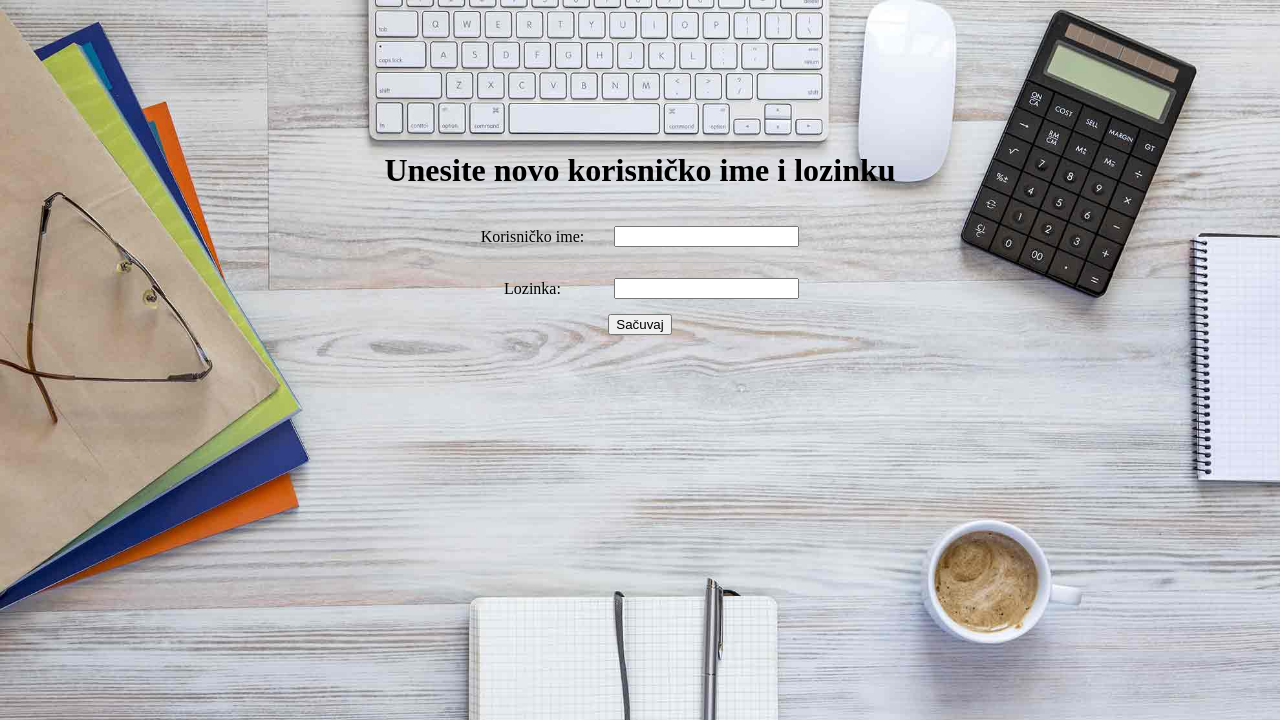
Repository: KristijanPetkovic/java-applet-video-library
Page: Projekti/www.videoteka.com/WebContent/noviKorisnik.html
These files come from the project's save history. The page is drawn as it stood at one moment and after the next save; the edit follows.
The browser window is 1280 px wide. The pictures show the whole page.

Above is the page before, as saved 2019-01-09 21:17:45.

### Projekti/www.videoteka.com/WebContent/noviKorisnik.html
<!DOCTYPE html>
<html>
	<head>
		<meta http-equiv="content-type" content="text/html; charset=utf-8">
		<title>Otvaranje naloga</title>
		<link rel="stylesheet" href="noviKorisnik.css" >
	</head>
	<body>
		<h1 id="naslov">Unesite novo korisničko ime i lozinku</h1>
		<form action="NoviKorisnikServlet" method="post">
			<table class="center" cellpadding="15px">
				<tr>
					<td>Korisničko ime: </td>
					<td> <input name="ime" type="text"> </td>
				</tr>
				<tr>
					<td>Lozinka: </td>
					<td> <input name="sifra" type="text"> </td>
				</tr>
			</table>
			<input name="sačuvaj" type="submit" value="Sačuvaj">
		</form>
	</body>
</html>

### Projekti/www.videoteka.com/WebContent/noviKorisnik.css
#naslov{
    margin-top:12%;
    }
table.center {
    margin-left:auto;
    margin-right:auto;
    cellpadding:15px;
  }
body {
  background: url(poz.jpg);
  background-repeat:no-repeat;
  background-size:cover;
  text-align:center;
  }
table{
	border-color: rgb(0,0,0);

	border-collapse: collapse;
}
th{
	color: rgb(255, 255, 255);
	background: rgb(0, 0, 0);
	collspan: 2;
}
td{
	border-top: 1pt solid silver;
	padding: 10;
}
ttr:nth-child(odd){
	background: rgb(255, 255, 255);
}
tr:hover{
	background: rgb(96, 158, 255);
}
input:focus{
	background-color: rgb(255, 255, 179);
	border-color: rgb(186, 186, 186);
}

.color-change {
  border-radius: 5px;
  font-size: 20px;
  padding: 5px 15px;
  cursor: pointer;
  color: #fff;
  background-color: rgb(96, 158, 255);
  font-size: 1rem;
  font-family: 'Roboto';
  font-weight: 100;
  border: 1px solid #fff;
  box-shadow: 2px 2px 5px #AFE9FF;
  transition-duration: 0.5s;
  -webkit-transition-duration: 0.5s;
  -moz-transition-duration: 0.5s;
}

.color-change:hover {
  color: #006398;
  border: 1px solid #006398;
  box-shadow: 2px 2px 20px #AFE9FF;
}

button.color-change {
  -webkit-appearance: none;
  -moz-appearance: none;
}

After the next save:
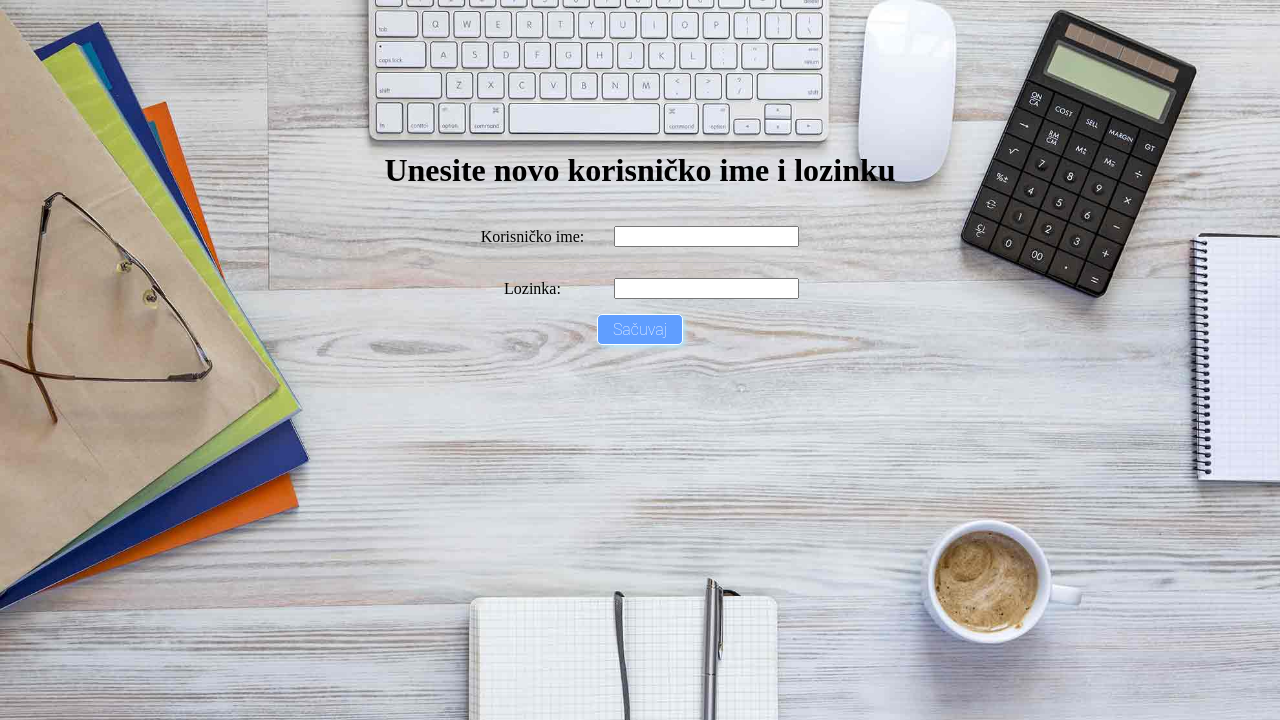
Saved 8 s later.
--- a/Projekti/www.videoteka.com/WebContent/noviKorisnik.html
+++ b/Projekti/www.videoteka.com/WebContent/noviKorisnik.html
@@ -18,7 +18,7 @@
 					<td> <input name="sifra" type="text"> </td>
 				</tr>
 			</table>
-			<input name="sačuvaj" type="submit" value="Sačuvaj">
+			<input class="color-change" name="sačuvaj" type="submit" value="Sačuvaj">
 		</form>
 	</body>
 </html>
